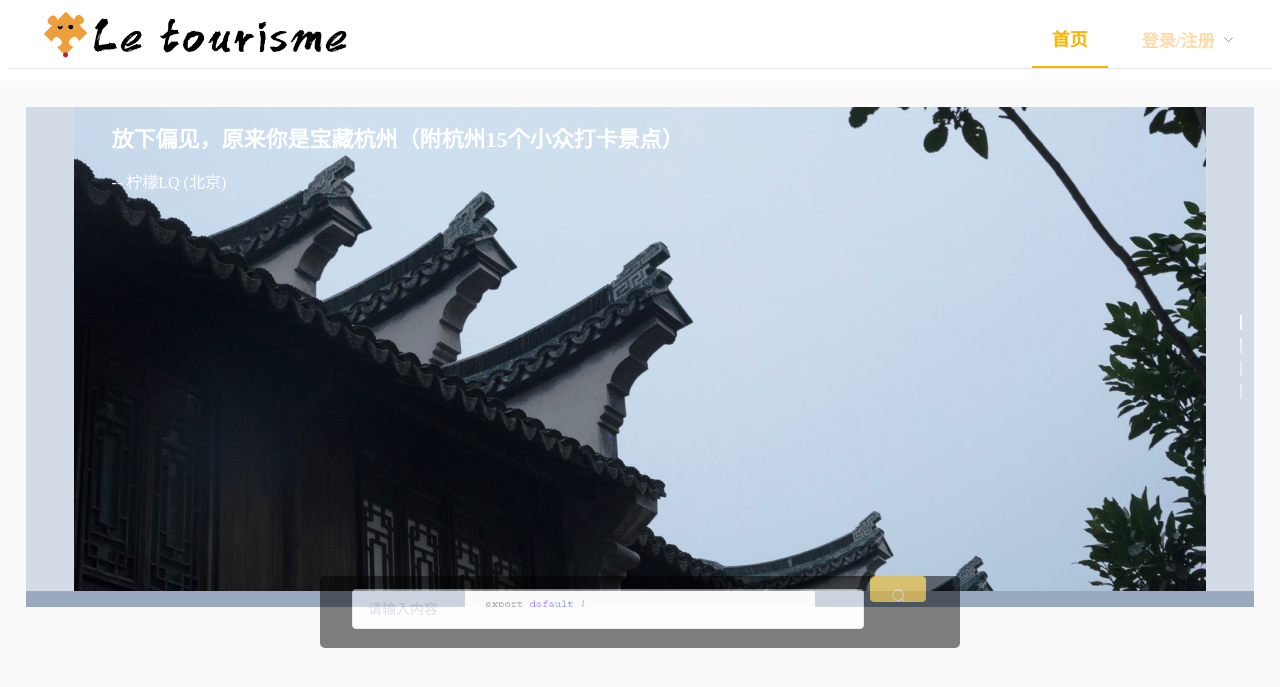
Repository: linxuerou0129/2020.08.31
Page: /
These files come from the project's save history. The page is drawn as it stood at one moment and after the next save; the edit follows.
The browser window is 1280 px wide. The pictures show the whole page.
The page's requests for data from a server got no answer. The project was rebuilt for these pictures with package versions that can differ from the ones it lists, and the page was loaded fresh each time. No one was signed in, and anything a server would have sent is missing.

Above is the page before, as saved 2020-09-01 01:21:46.

### src/main.js

import ElementUI from 'element-ui' //新添加
import '../theme/index.css' //新添加，避免后期打包样式不同，要放在import App from './App';之前

import Vue from 'vue'
import App from './App.vue'
import router from './router'

Vue.use(ElementUI)   //新添加

import axios from 'axios'
axios.defaults.withCredentials = true;

Vue.config.productionTip = false

new Vue({
  router,
  render: h => h(App)
}).$mount('#app')

import VDistpicker from 'v-distpicker'
Vue.component('v-distpicker', VDistpicker);

### src/App.vue
<template>
<div id="app">
<el-menu :default-active="$route.path" class="el-menu-demo" mode="horizontal" @select="handleSelect" text-color="#FCDAA9" active-text-color="#f8b600" router>
  <img src="./assets/logo.png" width="55" class="logo">
  <img src="./assets/tittle.png" width="270">
  <el-menu-item index="/" class="head1"><strong>首页</strong></el-menu-item>
  <el-submenu class="head3" v-if="login" index="/Edit">
    <template slot="title">
      <el-avatar :src="circleUrl"></el-avatar>
    </template>
    <el-menu-item index="/Edit">
      我的设置
    </el-menu-item>
    <el-menu-item index="/Publish">
      发布游记
    </el-menu-item>
    <el-menu-item index="/Published">
      个人中心
    </el-menu-item>
    <el-menu-item index="/MyCollect">
      我的收藏
    </el-menu-item>
    <el-menu-item index="/Message">
      消息中心
    </el-menu-item>
    <el-menu-item  @click="logout">
      退出
    </el-menu-item>
  </el-submenu>
  <el-submenu v-if="!login"  class="head4" index=1>
    <template slot="title">
      <strong>登录/注册</strong>
    </template>
    <el-menu-item @click="dialogFormVisible = true">
      注册
    </el-menu-item>
    <el-menu-item @click="loginFormShow = true">
      登录
    </el-menu-item>
  </el-submenu>
</el-menu>
<router-view></router-view>
<el-dialog title="注册" :visible.sync="dialogFormVisible">
  <el-form :model="formZhuce"  ref="formZhuce" status-icon :rules="rules">
    <el-form-item
      prop="email"
      label="邮箱"
      :rules="[
        { required: true, message: '请输入邮箱地址', trigger: 'blur' },
        { type: 'email', message: '请输入正确的邮箱地址', trigger: ['blur', 'change'] }
      ]"
    >
      <el-input v-model="formZhuce.email"></el-input>
      <el-button size="mini" @click="submitEmail" round>获取验证码</el-button>
    </el-form-item>
    <el-form-item label="验证码" prop="check">
      <el-input v-model="formZhuce.check"></el-input>
    </el-form-item>
    <el-form-item label="用户昵称" prop="name">
      <el-input v-model="formZhuce.name"></el-input>
    </el-form-item>
    <el-form-item label="密码" prop="pass">
      <el-input type="password" v-model="formZhuce.pass" autocomplete="off"></el-input>
    </el-form-item>
    <el-form-item label="确认密码" prop="checkPass">
      <el-input type="password" v-model="formZhuce.checkPass" autocomplete="off"></el-input>
    </el-form-item>
    <el-form-item>
      <el-button type="primary" @click="submitForm('formZhuce')">注册</el-button>
      <el-button @click="dialogFormVisible = false">取消</el-button>
    </el-form-item>
  </el-form>
</el-dialog>
<el-dialog title="登录" :visible.sync="loginFormShow">
  <el-form :model="formLogin"  ref="formLogin" status-icon :rules="rules">
    <el-form-item
      prop="email"
      label="邮箱"
      :rules="[
        { required: true, message: '请输入邮箱地址', trigger: 'blur' },
        { type: 'email', message: '请输入正确的邮箱地址', trigger: ['blur', 'change'] }
      ]"
    >
      <el-input v-model="formLogin.email"></el-input>
    </el-form-item>
    <el-form-item label="密码" prop="pass">
      <el-input type="password" v-model="formLogin.pass" autocomplete="off"></el-input>
    </el-form-item>
    <el-form-item>
      <a href="/Forget">忘记密码</a>
    </el-form-item>
    <el-form-item>
      <el-button type="primary" @click="loginIt('formLogin')">登录</el-button>
      <el-button @click="loginFormShow= false">取消</el-button>
    </el-form-item>
  </el-form>
</el-dialog>
</div>
</template>
<style>
    .el-menu--horizontal>.el-submenu .el-submenu__title {
        font-size: 17px;
    }
</style>
<style scoped>
.avatar-uploader {
    border: 1px dashed black;
    border-radius: 6px;
    cursor: pointer;
    position: relative;
    overflow: hidden;
    width: 178px;
    height: 178px;
  }
  .avatar-uploader-icon {
    font-size: 28px;
    color: #8c939d;
    width: 178px;
    height: 178px;
    line-height: 178px;
    text-align: center;
  }
  .avatar {
    width: 178px;
    height: 178px;
    display: block;
  }
.logo{
  position: fixed;
  top: 1%;
  left: 3%;
}
.head1{
  position: relative;
  left: 81%;
  font-size: 18px;
}
.head3{
  position: fixed;
  right:4.5%;
  top: 1.3%;
  font-size: 18px;
}
.head4{
  position: fixed;
  right: 2%;
  top: 1.5%;
  font-size: 18px!important;
}
</style>

<script>
import { Message } from 'element-ui';
import axios from 'axios'
export default {
    data() {
       var validatePass = (rule, value, callback) => {
        if (value === '') {
          callback(new Error('请输入密码'));
        } else {
          if (this.formZhuce.checkPass !== '') {
            this.$refs.formZhuce.validateField('checkPass');
          }
          callback();
        }
      };
      var validatePass2 = (rule, value, callback) => {
        if (value === '') {
          callback(new Error('请再次输入密码'));
        } else if (value !== this.formZhuce.pass) {
          callback(new Error('两次输入密码不一致!'));
        } else {
          callback();
        }
      };
      return {
        circleUrl: "http://106.75.157.168:5657/api/static/touxiang.png",
        activeIndex: '1',
        activeIndex2: '1',
        login:false,
        dialogFormVisible:false,
        loginFormShow:false,
        setFormShow:false,
        formZhuce: {
          email:'',
          pass:'',
          checkPass:'',
          name:'',
          check:''
        },
        formLogin:{
          email:'',
          pass:''
        },
        imageUrl: '',
        rules: {
          pass: [
            { validator: validatePass, trigger: 'blur' }
          ],
          checkPass: [
            { validator: validatePass2, trigger: 'blur' }
          ],
          check:[
            { required: true, message: '请输入验证码', trigger: 'blur'},
            { min: 4, max: 4, message: '长度为4个字符', trigger: 'blur' }
          ],
          name:[
            { required: true, message: '请输入用户昵称', trigger: 'blur' },
            { min: 4, max: 16, message: '长度在 4 到 16 个字符', trigger: 'blur' }
          ],
        }
      };
    },
    methods: {
      handleSelect(key, keyPath) {
        console.log(key, keyPath);
      },
      submitForm(formName) {
        this.$refs[formName].validate((valid) => {
          if (valid) {
              axios.post('http://106.75.157.168:5657/api/register', {
                register_email: this.formZhuce.email,
                register_name:this.formZhuce.name,
                register_password:this.formZhuce.pass,
                register_code:this.formZhuce.check
              })
            .then((response) =>{
              console.log(response.data);
              if(response.data.status=="success"){
                this.dialogFormVisible = false;
                Message.success('注册成功');
              }
              else{
                Message.error(response.data.status)
              }
            })
            .catch(function (error) {
              console.log(error);
            });
          }
          else {
            console.log('error submit!!');
            return false;
          }
        });
      },
      submitEmail(){
        var reg = /^[a-zA-Z0-9]+@[a-z0-9]{2,5}\.[a-z]{2,3}(\.[a-z]{2,3})?$/;
        var result = reg.test(this.formZhuce.email);
        if(this.formZhuce.email==''){
          this.$message({
                    message: '邮箱不可为空',
                    type: 'warning'
                });
        }
        else if(!result){
          this.$message({
                    message: '邮箱输入有误',
                    type: 'warning'
                });
        }
        else{
          axios.post('http://106.75.157.168:5657/api/send_email', {
              email: this.formZhuce.email,
              type:6
            })
          .then((response)=> {
            console.log(response.data);
            Message.success('发送成功，请注意查收')
          })
          .catch(function (error) {
            console.log(error);
          });
        }
      },
      loginIt(formName) {
        this.$refs[formName].validate((valid) => {
          if (valid) {
            axios.post('http://106.75.157.168:5657/api/login_user', {
                login_id: this.formLogin.email,
                login_password:this.formLogin.pass
              })
            .then((response) =>{
              console.log(response.data);
              if(response.data.status=="success"){
                this.loginFormShow=false;
                this.login=true;
                Message.success('登录成功');
                location.href="/";
              }
              else{
                Message.error('登录失败，请重新登录');
              }
            })
            .catch(function (error) {
              console.log(error);
            });
          }
          else {
            console.log('error submit!!');
            return false;
          }
        });
      },
      logout(){
        axios.get('http://106.75.157.168:5657/api/logout_user')
            .then((response)=>{
              console.log(response.data);
              this.login=false;
              location.href="/";
              Message.success('退出成功');
            })
            .catch(function(error){
                console.log(error);
            });
      },
    },
    watch:{
      login:function(val,oldVal){
           if(val==true){
             axios({
              url:'http://106.75.157.168:5657/api/getinfo2',
	            method: 'get'
            })
            .then((response)=>{
                 console.log(response.data);
                this.circleUrl="http://106.75.157.168:5657/api"+response.data.头像;
            })
            .catch(function(error){
                console.log(error);
            });
           }
        }
    },
    mounted(){
      axios({
            url:'http://106.75.157.168:5657/api/getinfo2',
	            method: 'get'
            })
            .then((response)=>{
                 console.log(response.data);
                this.login=true
                this.circleUrl="http://106.75.157.168:5657/api"+response.data.头像;
                console.log("http://106.75.157.168:5657/api"+response.data.头像)
            })
            .catch(function(error){
                console.log(error);
            });
    }
  }
</script>

### src/router/index.js
import Vue from 'vue'
import VueRouter from 'vue-router'
import Home from '../views/Home.vue'

Vue.use(VueRouter)

  const routes = [
  {
    path: '/',
    name: 'Home',
    component: Home
  },
  {
    path: '/Edit',
    name: 'Edit',
    component: () => import(/* webpackChunkName: "about" */ '../views/Edit.vue')
  },
  {
    path: '/Published',
    name: 'Published',
    component: () => import(/* webpackChunkName: "about" */ '../views/Published.vue')
  },
  {
    path: '/MyCollect',
    name: 'MyCollect',
    component: () => import(/* webpackChunkName: "about" */ '../views/MyCollect.vue')
  },
  {
    path: '/Message',
    name: 'Message',
    component: () => import(/* webpackChunkName: "about" */ '../views/Message.vue')
  },
  {
    path: '/Forget',
    name: 'Forget',
    component: () => import(/* webpackChunkName: "about" */ '../views/Forget.vue')
  },
  {
    path: '/Publish',
    name: 'Publish',
    component: () => import(/* webpackChunkName: "about" */ '../views/Publish.vue')
  },
  {
    path: '/Show',
    name: 'Show',
    component: () => import(/* webpackChunkName: "about" */ '../views/Show.vue')
  },
  {
    path: '/Search',
    name: 'Search',
    component: () => import(/* webpackChunkName: "about" */ '../views/Search.vue')
  },
]

const router = new VueRouter({
  mode: 'history',
  base: process.env.BASE_URL,
  routes
})

export default router

### src/views/Home.vue
<template>
  <div class="content">
    <div class="carousel">
      <el-carousel :interval="5000" direction="vertical" height="500px">
      <el-carousel-item>
        <div class="head">
          <strong>放下偏见，原来你是宝藏杭州（附杭州15个小众打卡景点）</strong>
          <p style="font-size: 16px;">-- 柠檬LQ (北京) </p>
        </div>
        <img class="photo" src="../assets/test1.jpg">
      </el-carousel-item>
      <el-carousel-item>
        <img class="photo" src="../assets/1.png">
      </el-carousel-item>
      <el-carousel-item>
      </el-carousel-item>
      <el-carousel-item>
      </el-carousel-item>
    </el-carousel>
    </div>
    <div class="search">
      <el-input
        placeholder="请输入内容"
        v-model="input"
        clearable class="input">
      </el-input>
      <el-button type="primary" icon="el-icon-search" style="margin-left:6%;height:20px"></el-button>
    </div>
  </div>
</template>

<script>
// @ is an alias to /src
export default {
  data(){
        return{
            input:''
        }
    },
}
</script>

<style scoped>
.input{
  width: 80%;
  left: 5%;
  top: 18%;
}
.search{
  position: fixed;
  height: 10%;
  width: 50%;
  background-color: black;
  z-index: 9999;
  opacity: 50%;
  top: 80%;
  left: 25%;
  border-radius: 5px;
   display: -webkit-flex; /* Safari */
  display: flex;
    flex-direction: row;
}
.photo{
  z-index: 9;
  width: auto;
  height: 100%;
  display: table;
            margin: 0 auto;
}
.head{
  z-index: 999;
    position: absolute;
  color: white;
  font-size: 22px;
  left: 7%;
  top: 6%;
}
.carousel{
  position: relative;
  top: 4%;
  width: 96%;
  left: 2%;
  z-index: 9;
}
.content{
    width: 100%;
   top: 11.3%;

    bottom:0;

    position:fixed;

    overflow-y:scroll;

    overflow-x:hidden;
  right: 0;
  background-color:#FAFAFA;
}
.el-carousel__item h3 {
    color: #475669;
    font-size: 18px;
    opacity: 0.75;
    line-height: 300px;
    margin: 0;
  }
  .el-carousel__item:nth-child(2n) {
    background-color: #99a9bf;
  }

  .el-carousel__item:nth-child(2n+1) {
    background-color: #d3dce6;
  }
</style>

Loaded but not shown: public/index.html (common file); theme/index.css (library)

After the next save:
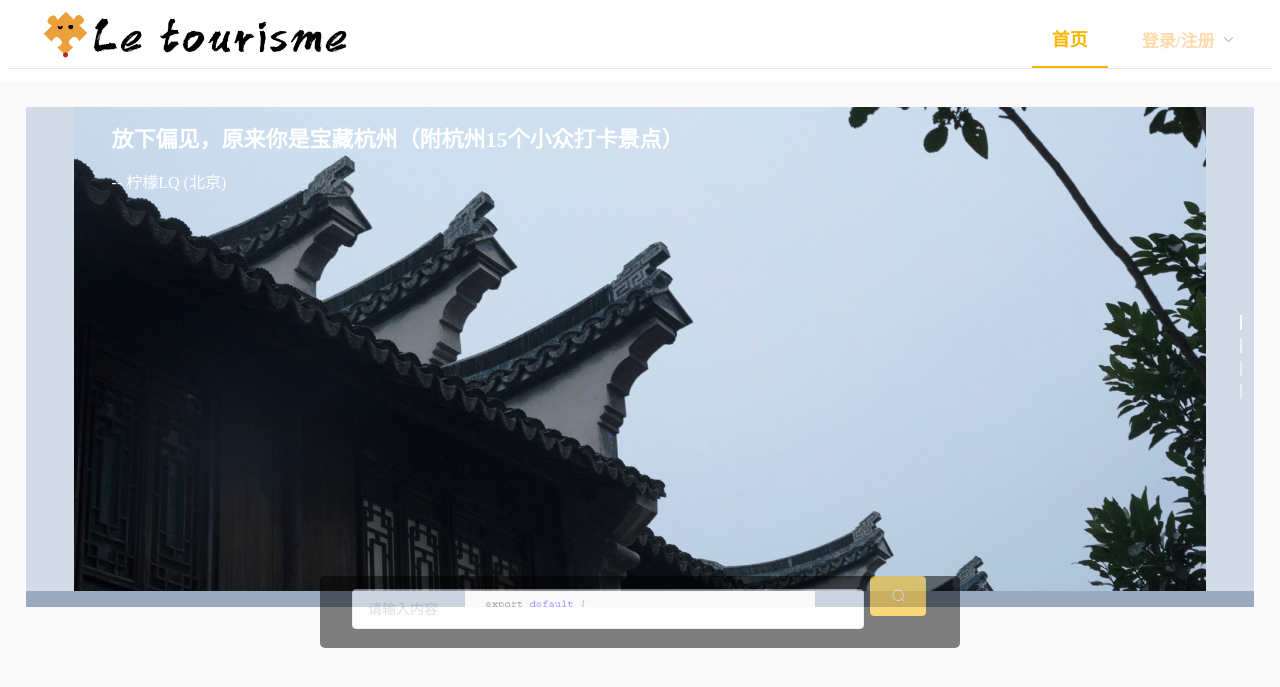
Saved 11 s later.
--- a/src/views/Home.vue
+++ b/src/views/Home.vue
@@ -24,7 +24,7 @@
         v-model="input"
         clearable class="input">
       </el-input>
-      <el-button type="primary" icon="el-icon-search" style="margin-left:6%;height:20px"></el-button>
+      <el-button type="primary" icon="el-icon-search" style="margin-left:6%;height:40px"></el-button>
     </div>
   </div>
 </template>
